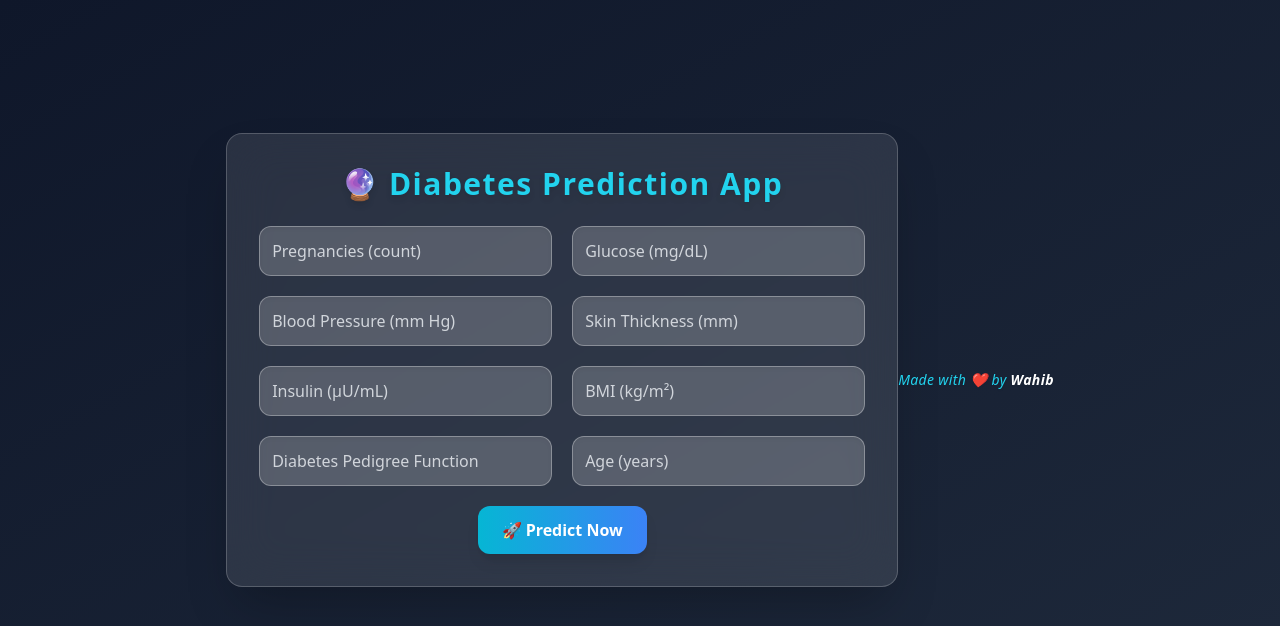
Repository: wahibkhannn/pima-diabetes-app
Page: / (app in frontend/)
The author's editor kept a copy of each file at every save. The page is drawn from the files as they stood at one save, then again after the next save.
The browser window is 1280 px wide. The pictures show the whole page.
The project was rebuilt for these pictures with package versions that can differ from the ones it lists, and the page was loaded fresh each time.

Above is the page before, as saved 2025-06-30 20:32:25.

After the next save:
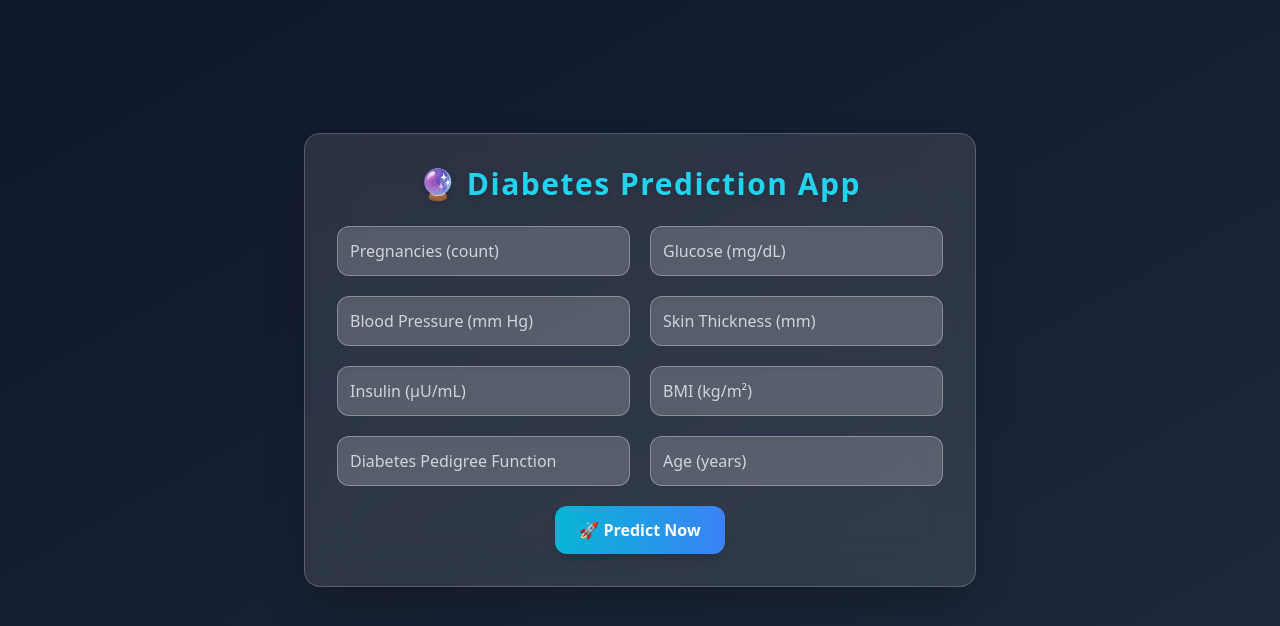
Saved 22 s later.
--- a/frontend/src/DiabetesPredictor.js
+++ b/frontend/src/DiabetesPredictor.js
@@ -149,9 +149,7 @@
       </div>
       <div>
       </div>
-      <p className="mt-10 text-center text-sm text-cyan-400 tracking-wide italic drop-shadow-sm">
-        Made with ❤️ by <span className="font-semibold text-white">Wahib</span>
-      </p>
+
 
     </div>
   );

After the 2 saves that followed:
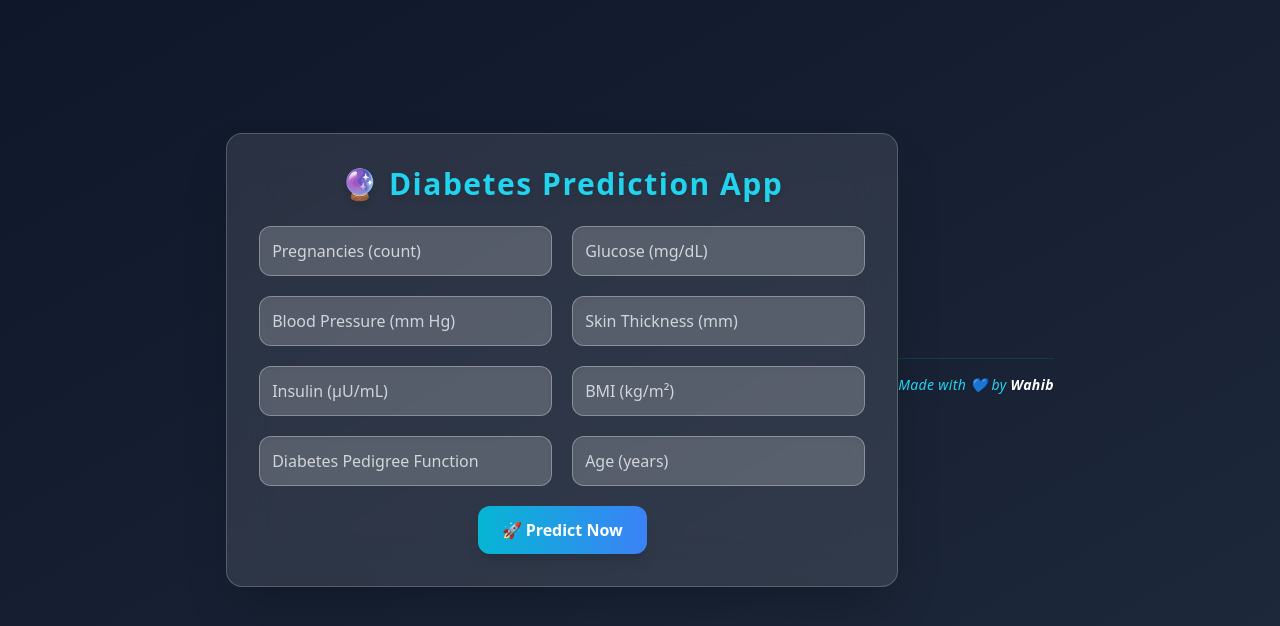
The 2 saves are shown as one change because 1 left the picture as it was.
The last was saved 11 s later.
--- a/frontend/src/DiabetesPredictor.js
+++ b/frontend/src/DiabetesPredictor.js
@@ -147,9 +147,13 @@
           </div>
         )}
       </div>
-      <div>
+     <div>
       </div>
-
+      <div className="mt-8 border-t border-cyan-700/30 pt-4 text-center">
+  <p className="text-sm text-cyan-400 tracking-wide italic drop-shadow-sm">
+    Made with 💙 by <span className="font-semibold text-white">Wahib</span>
+  </p>
+</div>
 
     </div>
   );
